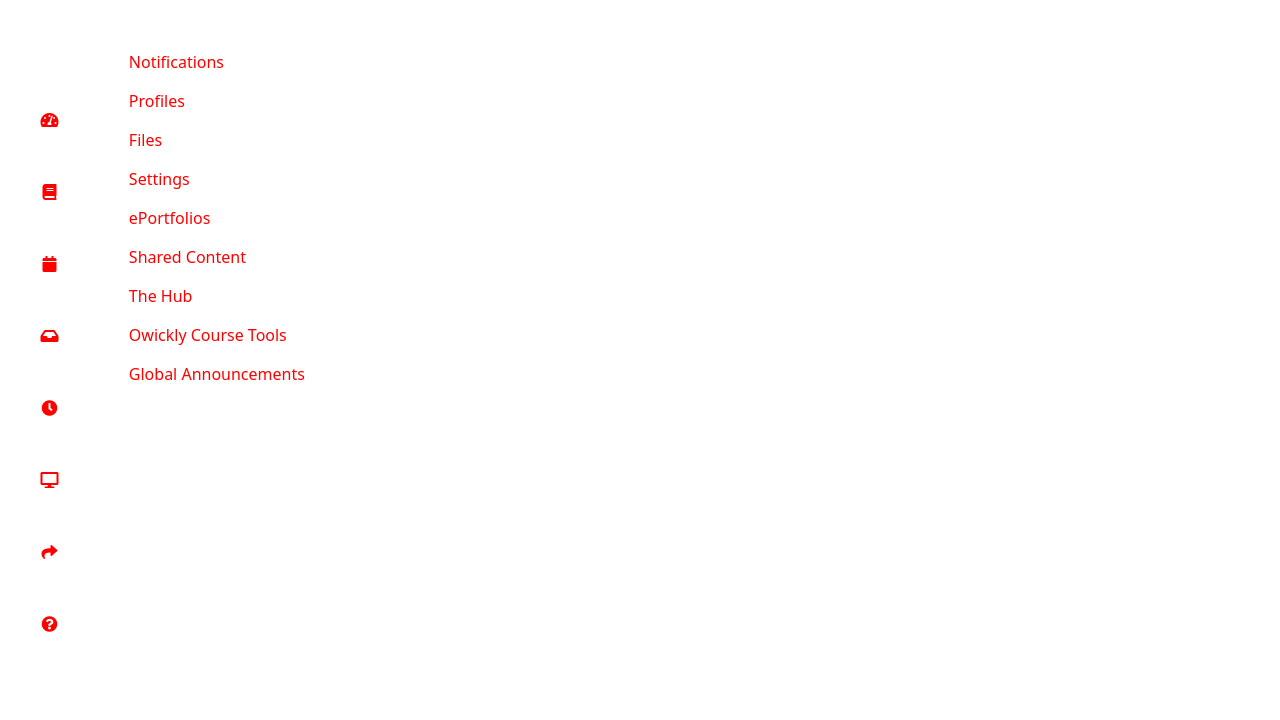
Repository: yuqiant/kanbas-react-web-app
Page: public/kanbas/Account/account.html
An editor plug-in stored every save of this project. The page is shown before and after the next save, followed by the edit.
The browser window is 1280 px wide. The pictures show the whole page.

Above is the page before, as saved 2023-10-04 14:26:17.

After the next save:
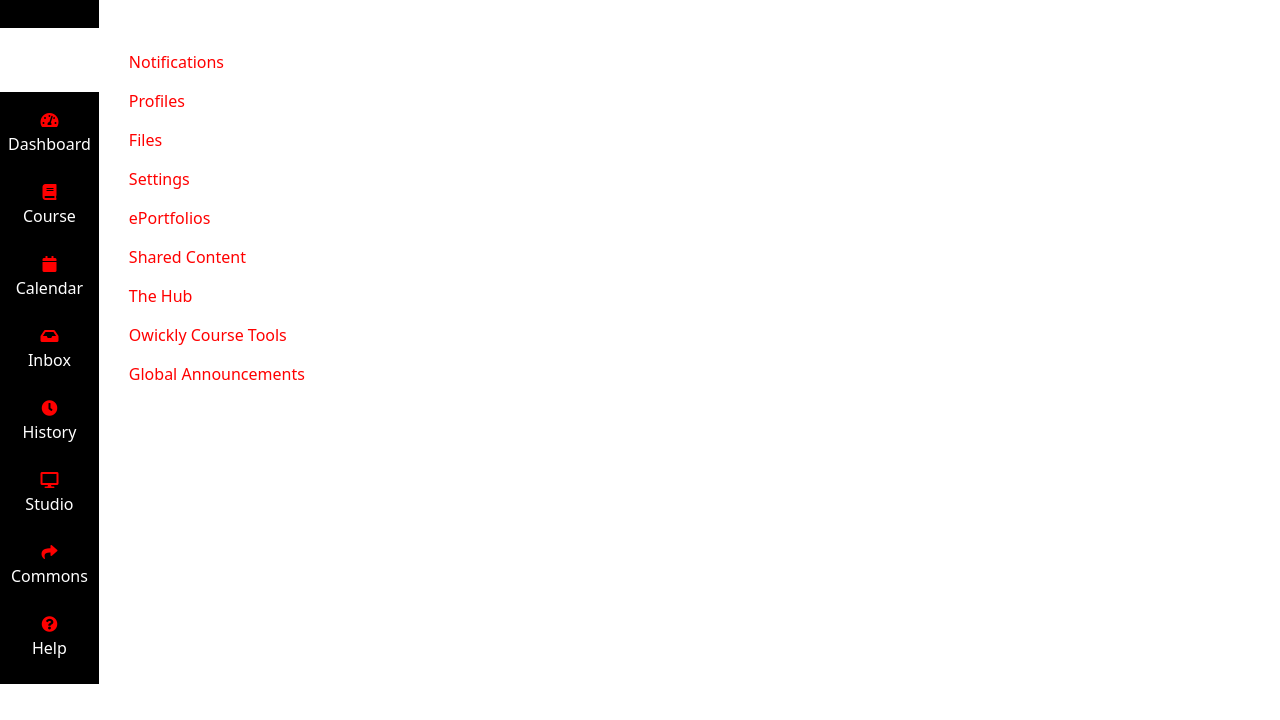
Saved 67 s later.
--- a/public/kanbas/Account/account.css
+++ b/public/kanbas/Account/account.css
@@ -10,7 +10,7 @@
     /* padding: 20px; */
     width: 0 0 80px;
     /* Adjust sidebar width as needed (between 75 and 85 pixels) */
-    background-color: white;
+    background-color: black;
     color: white;
     text-align: center;
     padding-top: 20px;
@@ -29,10 +29,10 @@
 }
 
 .left-column li.active {
-    margin: 8px 0;
-    /* Adjust margin between links as needed (between 5 and 10 pixels) */
-    padding: 8px;
-    /* Adjust padding around links as needed (between 5 and 10 pixels) */
+    color: red;
+    background-color: white;
+
+
 }
 
 
